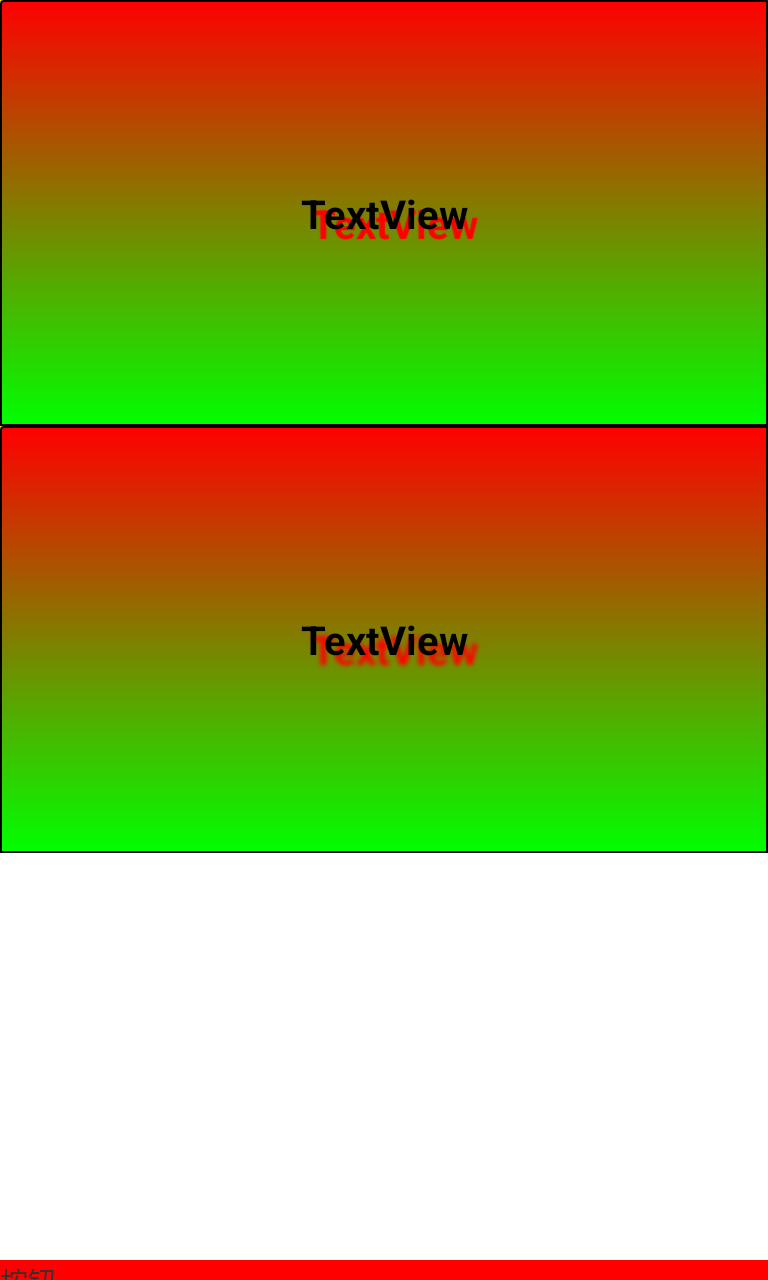
Repository: yhtaphp/yhtqgit
Layout: android/TextView/res/layout/activity_main.xml
An editor plug-in stored every save of this project. The layout is shown before and after the next save, followed by the edit.
It is drawn on a 768 x 1280 px phone screen (xhdpi) without system bars, with theme AppTheme; the app's code is not run.

Above is the layout before, as saved 2016-09-11 13:49:27.

After the next save:
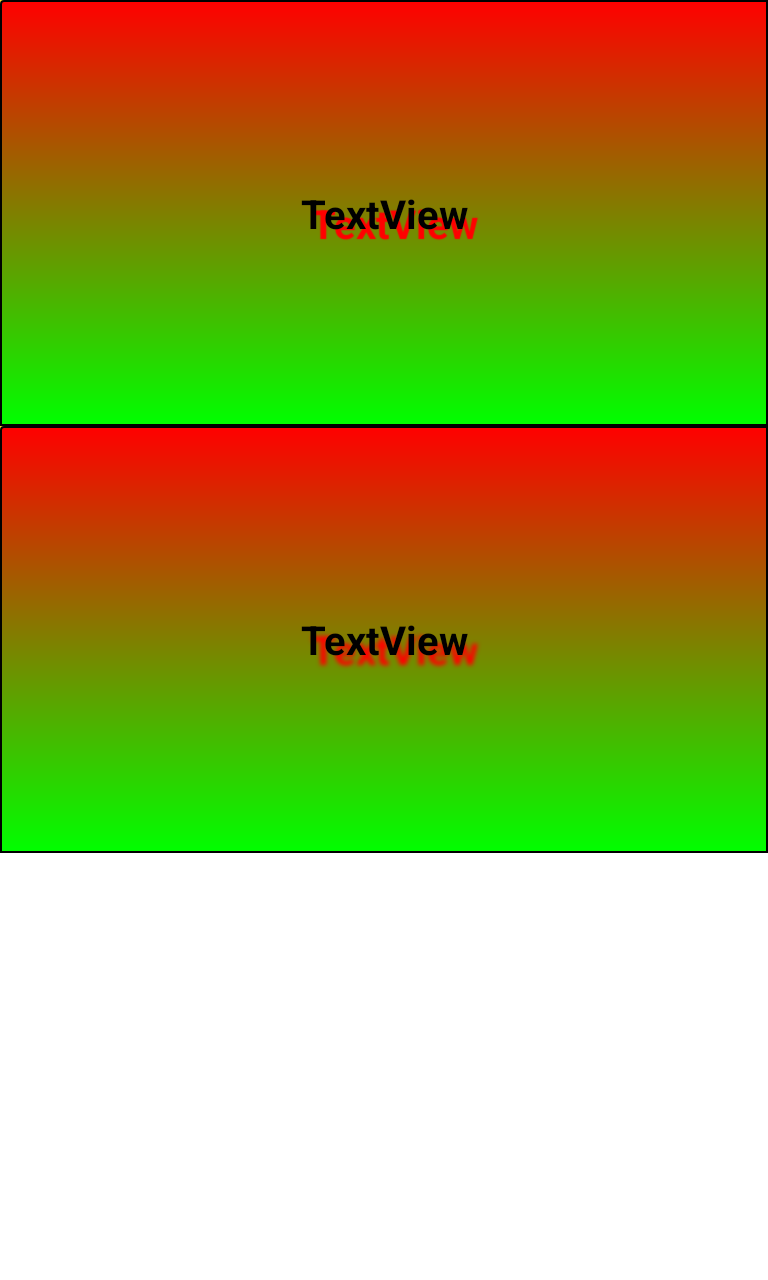
Saved 26 s later.
--- a/android/TextView/res/layout/activity_main.xml
+++ b/android/TextView/res/layout/activity_main.xml
@@ -47,7 +47,7 @@
 
        <TextView
            android:layout_width="match_parent"
-           android:layout_height="10dp"
+           android:layout_height="0dp"
            android:layout_gravity="center|end"
            android:background="#f00"
            android:text="按钮" />
